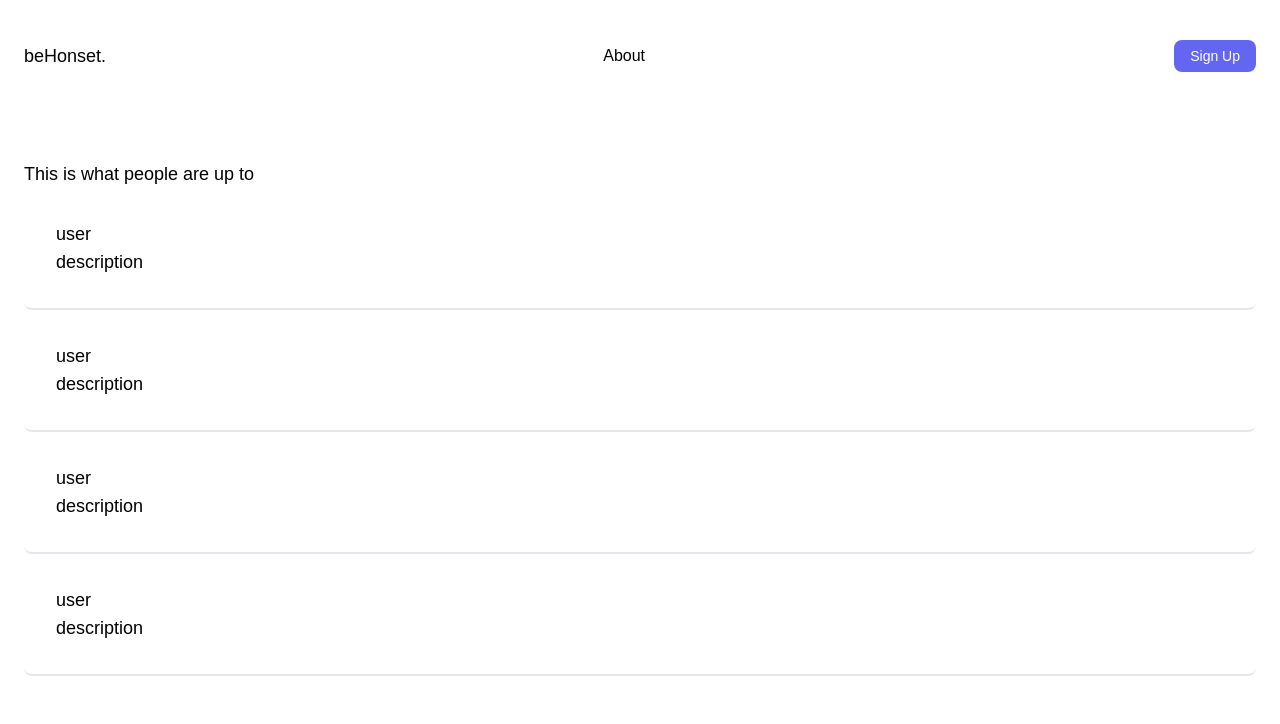
Repository: aidenfine/be-honset
Page: /
These files come from the project's save history. The page is drawn as it stood at one moment and after the next save; the edit follows.
The browser window is 1280 px wide. The pictures show the whole page.
The page's requests for data from a server got no answer. The project was rebuilt for these pictures with package versions that can differ from the ones it lists, and the page was loaded fresh each time. The framework's server and built-in components were replaced by stand-ins that run in the browser. No one was signed in, and anything a server would have sent is missing. Also part of the build but not shown: next.config.js.

Above is the page before, as saved 2022-10-26 21:47:28.

### pages/_app.js
import '../styles/globals.css'
import Layout from '../components/layout'
import { ToastContainer } from 'react-toastify'
import 'react-toastify/dist/ReactToastify.css';



function MyApp({ Component, pageProps }) {
  return(
    <Layout>
      <ToastContainer limit={2}/>
        <Component {...pageProps} />
    </Layout>

  )
}

export default MyApp

### pages/index.js
import Head from 'next/head'
import Message from '../components/message';

export default function Home() {
  return (
    <div>
      <Head>
        <title>beHonset.</title>
        <meta name="description" content="Generated by create next app" />
        <link rel="icon" href="/favicon.ico" />
      </Head>

     <div className='my-12 text-lg font-medium'>
      <h2 >This is what people are up to</h2>
      <Message />
      <Message />
      <Message />
      <Message />
     </div>
    </div>
  );
}

### styles/globals.css
@tailwind base;
@tailwind components;
@tailwind utilities;


* {
  font-family: 'Montserrat', sans-serif;

}

### components/layout.js
import Nav from "./Nav";

export default function Layout({ children }){
    return(
        <div className="mx-6 md:max-w-10xl md-mx-auto font-montserrat">
            <Nav />
            <main>{children}</main>
        </div>
    )
}

### components/message.js



export default function Message({children}){
    return(
    <div className="bg-white p-8 border-b-2 rounded-lg">
        <div className="flex items-center">
            <img src="" />
            <h2>user</h2>
        </div>
        <div>
            <p>description</p>
        </div>
        {children}
    </div>
    )

}

### components/Nav.js
import Link from "next/link"
import { auth } from "../utils/firebase"
import { useAuthState } from "react-firebase-hooks/auth"

export default function Nav(){
    const [user, loading] = useAuthState(auth);

    return(
        <nav className="flex justify-between items-center py-10">
            <Link href="/">
            <button className="text-lg font-medium text-black opacity-87" >beHonset.</button>
            </Link>
            <Link href="/about">
            <button className="flex items-center gap-2" >About</button>
            </Link>
            <ul className="flex items-center gap-10">
                {!user && (
                <Link href={"/login"} className="py-1.5 px-4 text-sm bg-indigo-500 text-white opacity-87 rounded-lg font-medium ml-8">Sign Up</Link>
            )}
            {user && (
                <div className="flex items-center gap-6">
                    <Link href="/new-post">
                    <button className="font-medium bg-indigo-500 text-white py-2 px-4 rounded-lg text-sm">Create Post</button>
                    </Link>
                    <Link href="/dashboard">
                        <img className="w-10 rounded-full cursor-pointer" referrerpolicy="no-referrer" src={user.photoURL} />

                    </Link>
                </div>
            )}
            </ul>



        </nav>
    )
}

### utils/firebase.js
// Import the functions you need from the SDKs you need
import { initializeApp } from "firebase/app";
import {getAuth} from 'firebase/auth';
import {getFirestore} from 'firebase/firestore'
// TODO: Add SDKs for Firebase products that you want to use
// https://firebase.google.com/docs/web/setup#available-libraries

// Your web app's Firebase configuration
// For Firebase JS SDK v7.20.0 and later, measurementId is optional
const firebaseConfig = {
  apiKey: process.env.NEXT_PUBLIC_API_KEY,
  authDomain: process.env.NEXT_PUBLIC_AUTH_DOMAIN,
  projectId: process.env.NEXT_PUBLIC_PROJECT_ID,
  storageBucket: process.env.NEXT_PUBLIC_STORAGE_BUCKET,
  messagingSenderId: process.env.NEXT_PUBLIC_MESSAGING_SENDER_ID,
  appId: process.env.NEXT_PUBLIC_APP_ID,
  measurementId: process.env.NEXT_PUBLIC_MEASUREMENT_ID
};

// Initialize Firebase
const app = initializeApp(firebaseConfig);
export const auth = getAuth();
export const db = getFirestore(app);

### tailwind.config.js
/** @type {import('tailwindcss').Config} */
module.exports = {
  content: [
    "./pages/**/*.{js,ts,jsx,tsx}",
    "./components/**/*.{js,ts,jsx,tsx}",
  ],
  darkMode: 'class',
  theme: {
    extend: {
      fontFamily: {
        montserrat: 'Montserrat',
      }
    },
  },
  plugins: [],
}

After the next save:
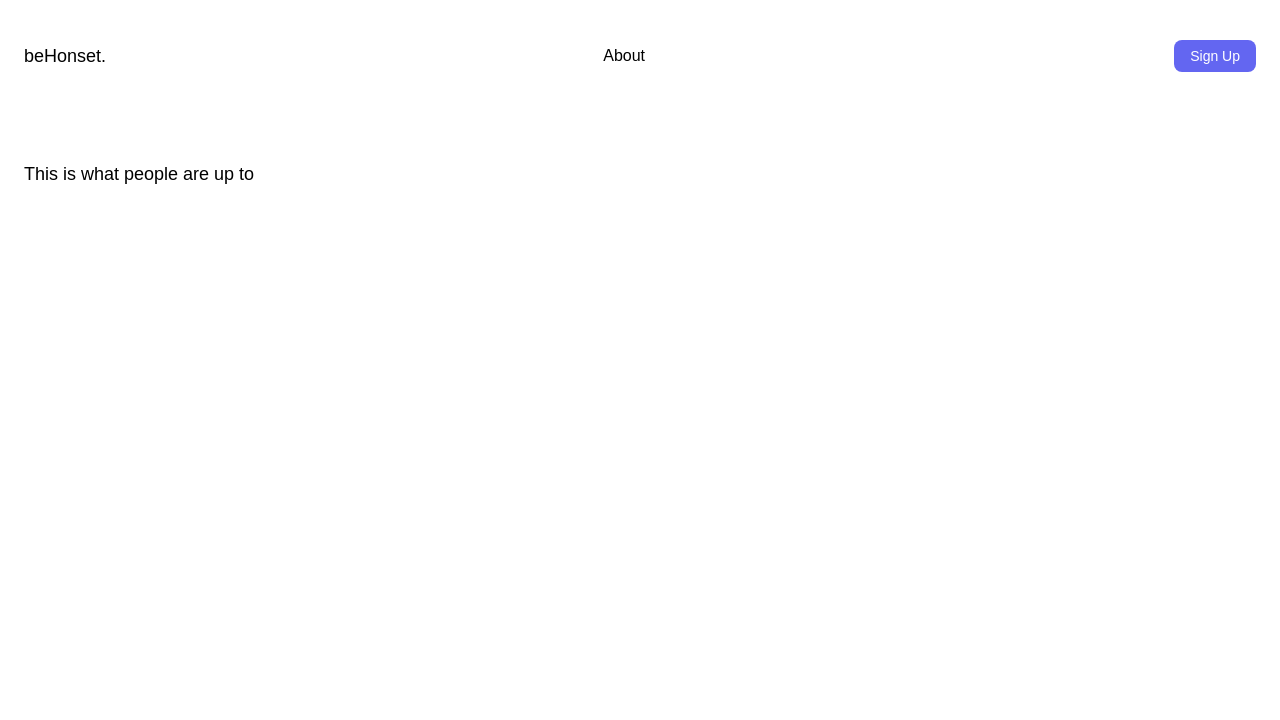
Saved 2 min 29 s later.
--- a/pages/index.js
+++ b/pages/index.js
@@ -1,7 +1,21 @@
 import Head from 'next/head'
 import Message from '../components/message';
+import { useEffect, useState } from 'react';
+import { db } from '../utils/firebase';
+import { async } from '@firebase/util';
+import { collection } from 'firebase/firestore';
+
 
 export default function Home() {
+  // create state with all posts
+
+  const [allPosts, setAllPosts] = useState([]);
+
+  const getPosts = async () => {
+    const collectionRef = collection(db, 'posts');
+  }
+
+
   return (
     <div>
       <Head>
@@ -12,10 +26,6 @@
 
      <div className='my-12 text-lg font-medium'>
       <h2 >This is what people are up to</h2>
-      <Message />
-      <Message />
-      <Message />
-      <Message />
      </div>
     </div>
   );
